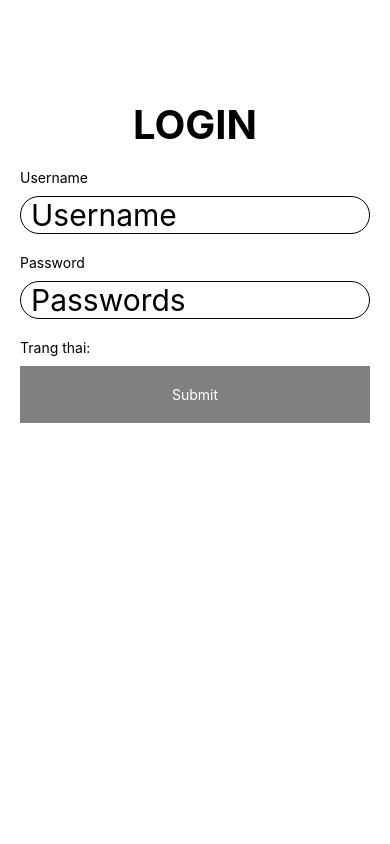
Repository: vietnguyenhoangw/ReactNative-FirstApplication
Screen: /
These files come from the project's save history. The screen is drawn as it stood at one moment and after the next save; the edit follows.
The app was drawn by React Native's web renderer in a window 390 px wide. The project was rebuilt for these pictures with package versions that can differ from the ones it lists, and the page was loaded fresh each time.

Above is the screen before, as saved 2019-12-11 09:39:41.

### App.js
// import thu vien

import React, {Component} from "react"

import {
  View,
  Text,
  StyleSheet,
  TextInput,
  TouchableOpacity,
} from "react-native"

// code class, component : render

class HelloWorld extends Component {

  constructor(props) {
    super(props);

    this.state = {
      username: '',
      password: '',
      text: '',
    }
  }

  click() {
    var Username = "aaa";
    var Password = "bbb";

    if (this.state.username != Username) {
      console.log('Sai username, password');
    }else {
      if (this.state.password != Password) {
        console.log('Sai username, password')
      }
      else {
        console.log('Thanh Cong')
        this.setState({
          text : "Thanh cong"
        })
      }
    }
  }

  render() {
    return(
      <View style={styles.viewOnScreen}>

        <View style={styles.viewHeader}>

          <Text style={styles.textTitle}>LOGIN</Text>

        </View>

        <View style={styles.body}>

          <Text style={styles.textUser}>Username</Text>

          <TextInput
            style={styles.textInput}
            placeholder = "Username"
            onChangeText={(text) => this.setState({username:text})}/>

          <Text style={styles.textUser}>Password</Text>

          <TextInput style={styles.textInput}
           placeholder = "Passwords"
           onChangeText={(text) => this.setState({password:text})} />

          <Text style={styles.textUser}>Trang thai: {this.state.text}</Text>

          <TouchableOpacity
            style={styles.btn}
            onPress={() => {this.click()}}>
            <Text style={styles.textBtn}>Submit</Text>
          </TouchableOpacity>

        </View>

      </View>
    );
  }
}

const styles = StyleSheet.create({
  viewOnScreen: {
    width: '100%',
    height: '100%'
  },
  viewHeader: {
      width:'100%',
  },
  textTitle: {
    textAlign:'center',
    marginTop: 100,
    marginBottom: 20,
    fontWeight:'bold',
    fontSize: 40
  },
  textUser: {
    marginLeft: 20,
    marginRight: 20,
    marginBottom: 10,
  },
  textInput:{
    borderRadius:35,
    marginBottom: 20,
    marginLeft: 20,
    marginRight: 20,
    borderWidth:1,
    borderColor: 'black',
    fontSize:30,
    paddingLeft: 10,
    paddingRight: 10
  },
  btn: {
    backgroundColor:'gray',
    marginLeft: 20,
    marginRight: 20,
    padding:20,
  },
  textBtn: {
    width:'100%',
    color: 'white',
    textAlign:'center',
  }
});

export default HelloWorld

After the next save:
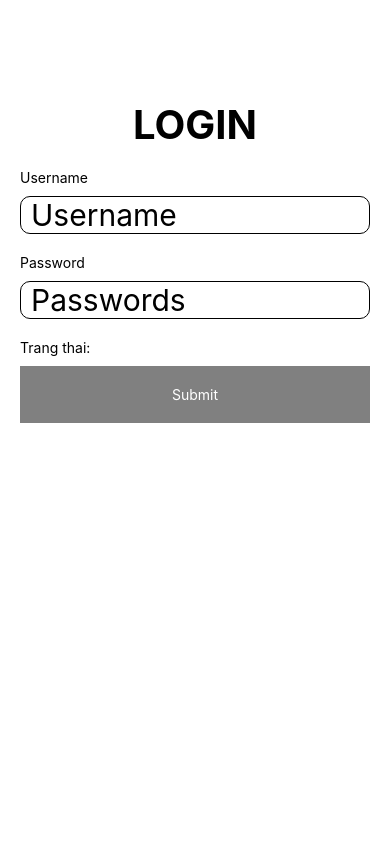
Saved 6 s later.
--- a/App.js
+++ b/App.js
@@ -104,7 +104,7 @@
     marginBottom: 10,
   },
   textInput:{
-    borderRadius:35,
+    borderRadius:10,
     marginBottom: 20,
     marginLeft: 20,
     marginRight: 20,

After the save that followed:
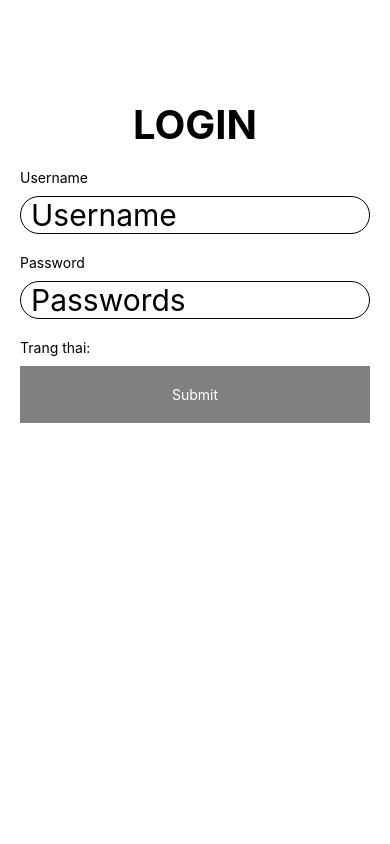
Saved 5 s later.
--- a/App.js
+++ b/App.js
@@ -104,7 +104,7 @@
     marginBottom: 10,
   },
   textInput:{
-    borderRadius:10,
+    borderRadius:20,
     marginBottom: 20,
     marginLeft: 20,
     marginRight: 20,
